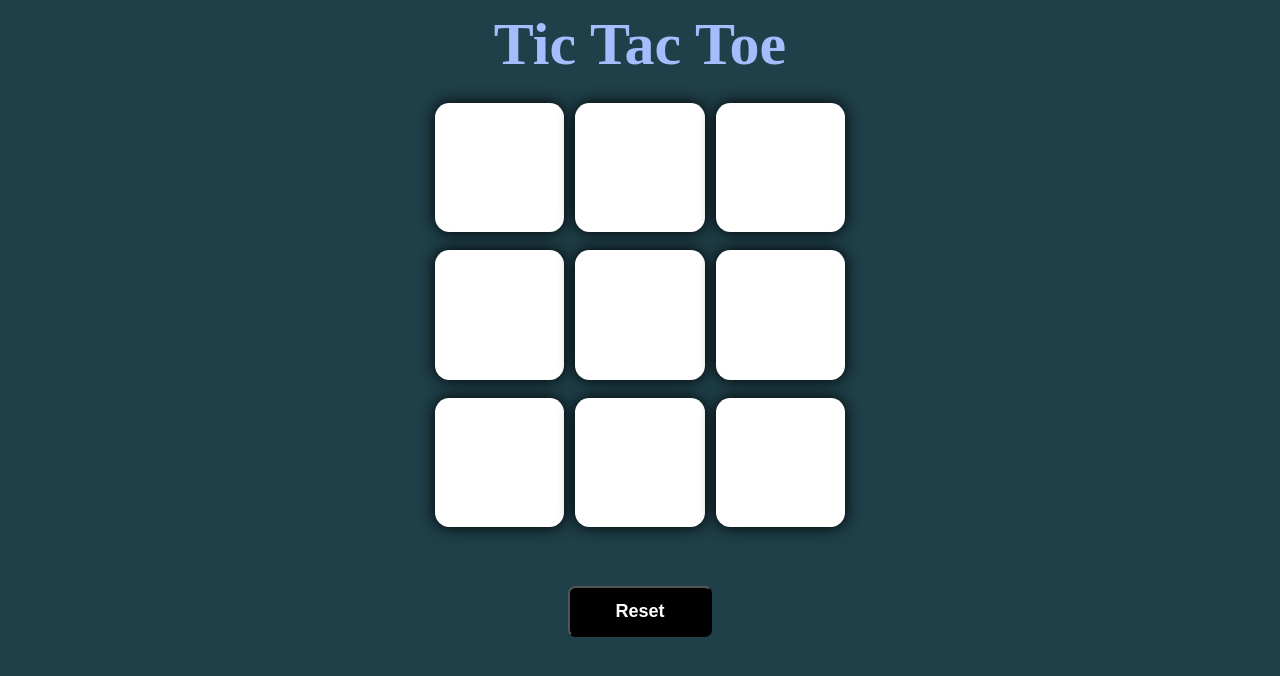
Repository: AreezAnsari/Tic-Tac-Toe
Page: Game/Game.html
The author's editor kept a copy of each file at every save. The page is drawn from the files as they stood at one save, then again after the next save.
The browser window is 1280 px wide. The pictures show the whole page.

Above is the page before, as saved 2025-06-01 07:43:03.
Console error: TypeError: box.addEventListener is not a function

After the next save:
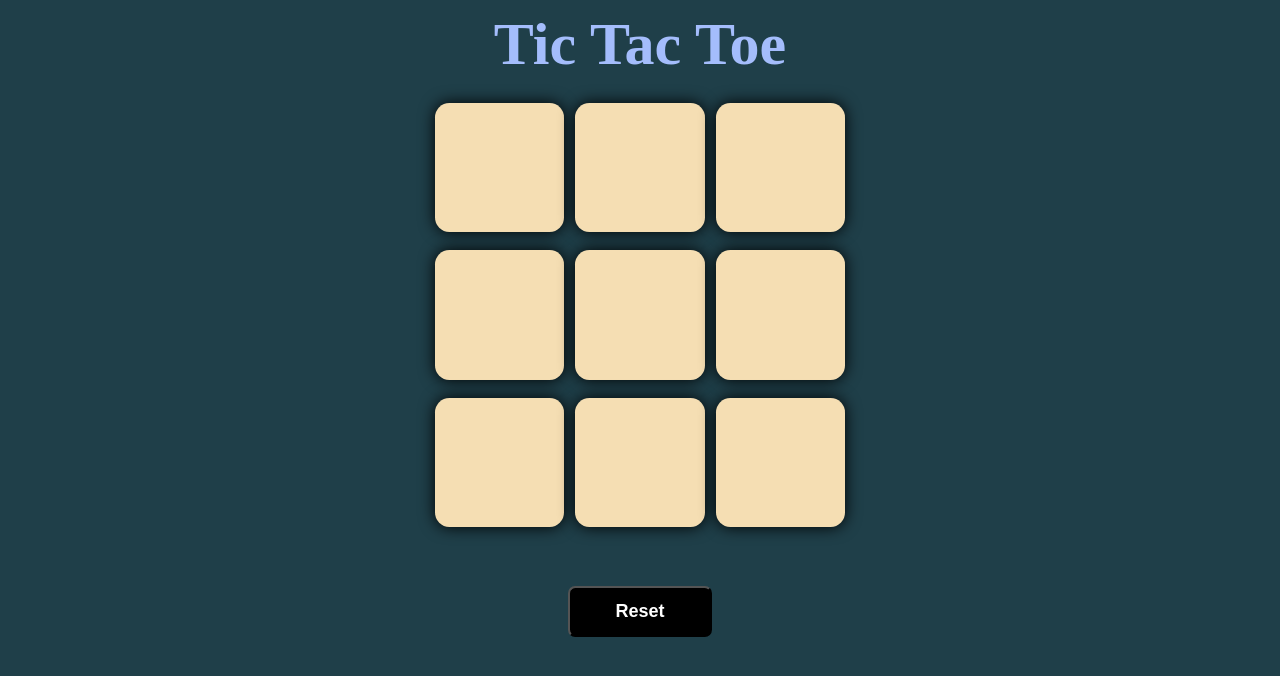
Saved 9 s later.
--- a/Game/Game.css
+++ b/Game/Game.css
@@ -30,7 +30,7 @@
     justify-content: center;
 }
 .box{
-    background-color: white;
+    background-color: wheat;
     height: 18vmin;
     width: 18vmin;
     font-weight: bolder;
